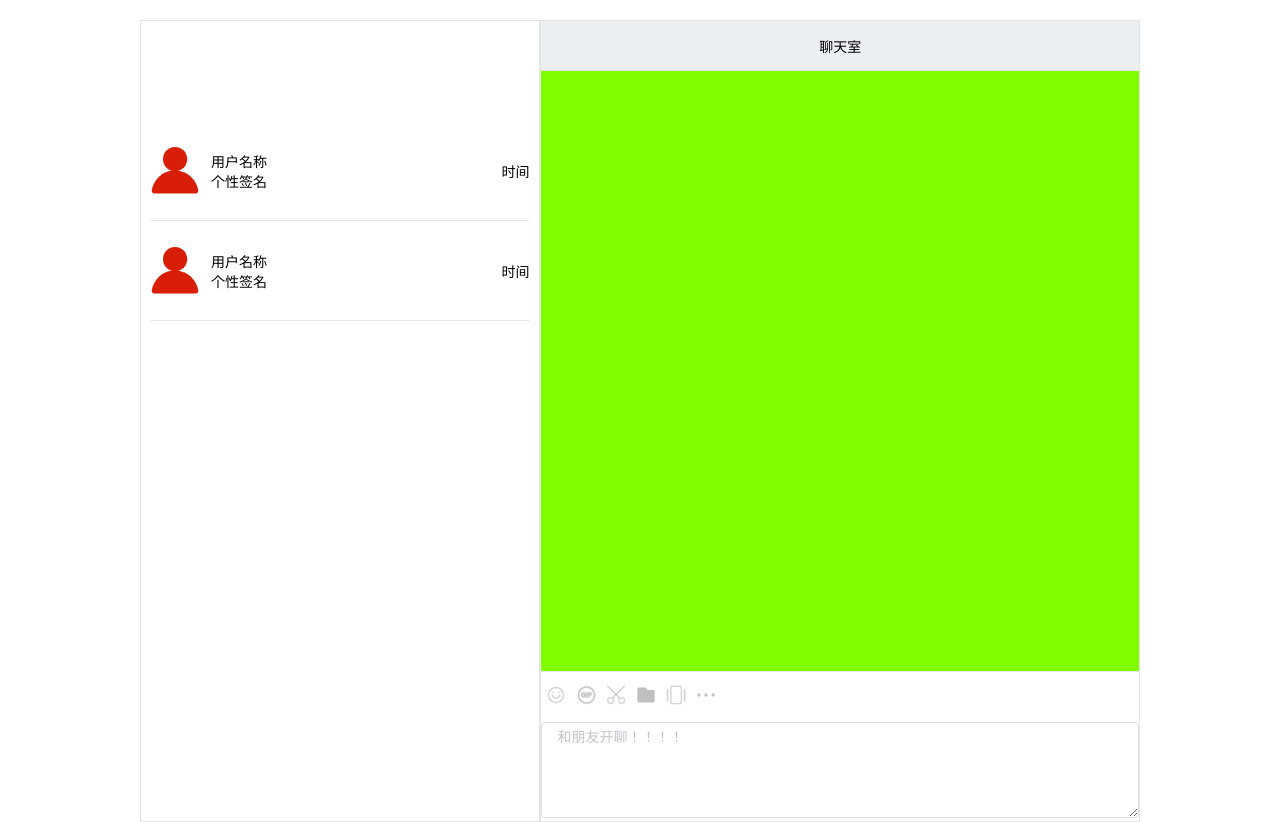
Repository: jinggegeZ/livechat
Page: /
These files come from the project's save history. The page is drawn as it stood at one moment and after the next save; the edit follows.
The browser window is 1280 px wide. The pictures show the whole page.
The project was rebuilt for these pictures with package versions that can differ from the ones it lists, and the page was loaded fresh each time.

Above is the page before, as saved 2020-08-17 13:07:54.

After the next save:
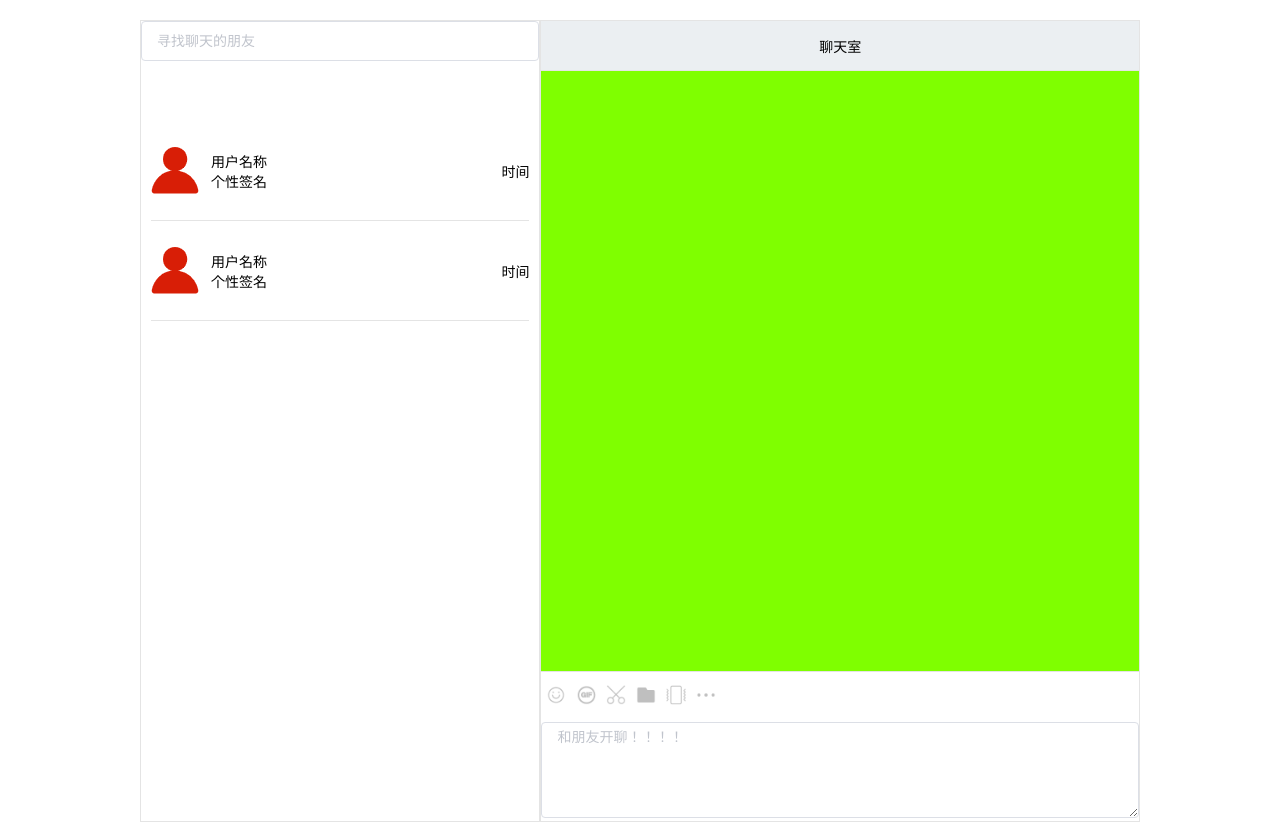
Saved 61 s later.
--- a/src/views/Home.vue
+++ b/src/views/Home.vue
@@ -6,7 +6,7 @@
         <div class="box1">
           <!-- 搜索用户名字 -->
           <div class="boxsearch">
-
+          <div><el-input v-model="input" placeholder="寻找聊天的朋友"></el-input></div>
           </div>
           <!-- 信息盒子 -->
           <div class="msgbox">
